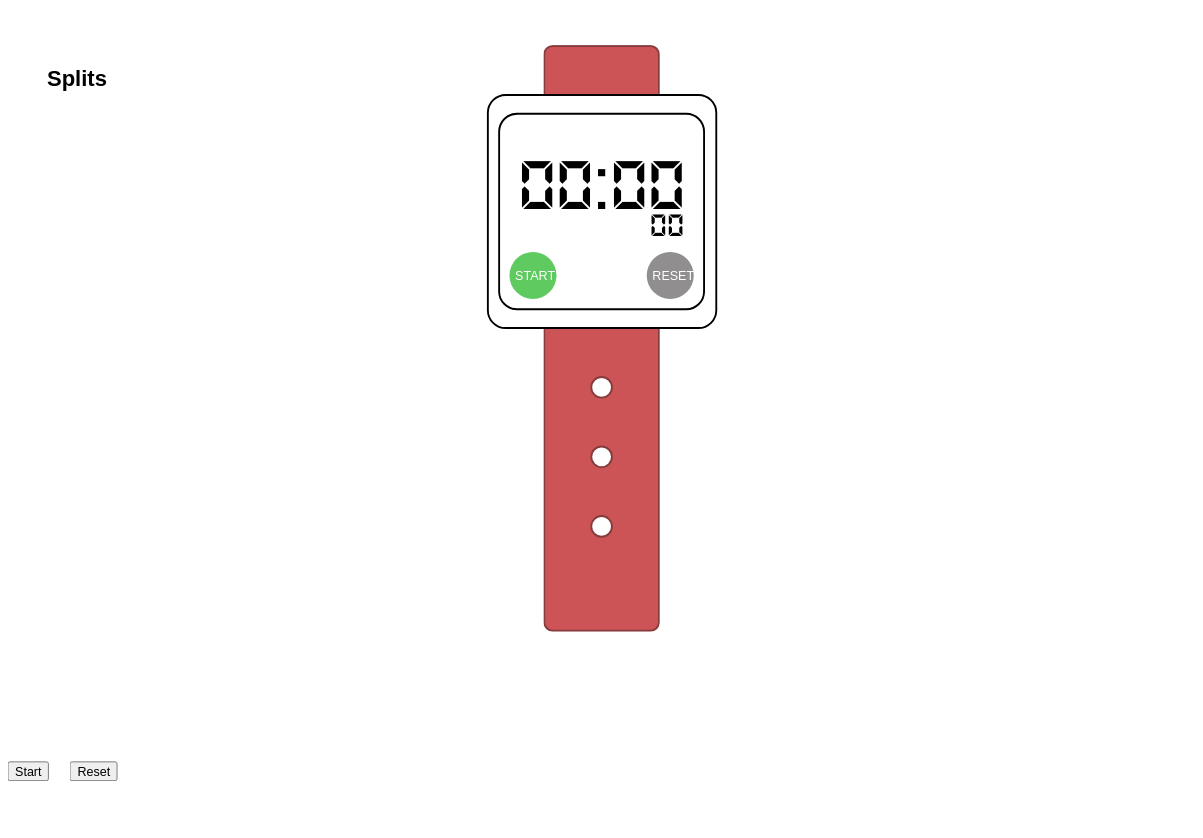
Repository: konstantin0s/lab-chronometer
Page: index.html
The author's editor kept a copy of each file at every save. The page is drawn from the files as they stood at one save, then again after the next save.
The browser window is 1280 px wide. The pictures show the whole page, at 94% of full size.
After loading, the first visible `#btnLeft` was clicked once.

Above is the page before, as saved 2019-02-04 19:15:16.

After the next save:
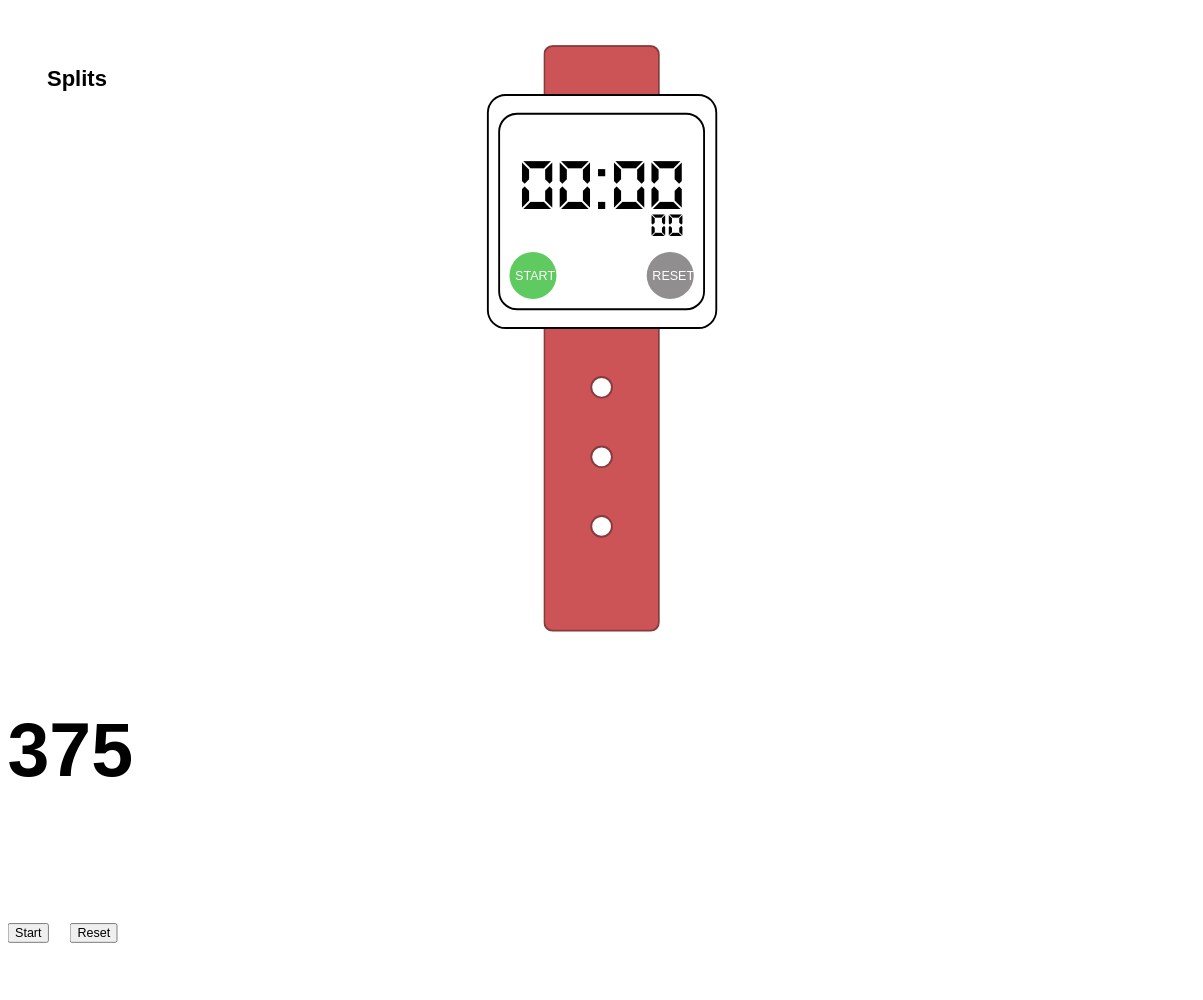
Saved 32 s later.
--- a/javascript/main.js
+++ b/javascript/main.js
@@ -15,7 +15,7 @@ var output = document.getElementById("output");
 btnLeft.addEventListener("click", function(event) {
   intervalId = setInterval(function() {
     currentTime++;
-
+    output.innerHTML = currentTime;
   })
 })
 
